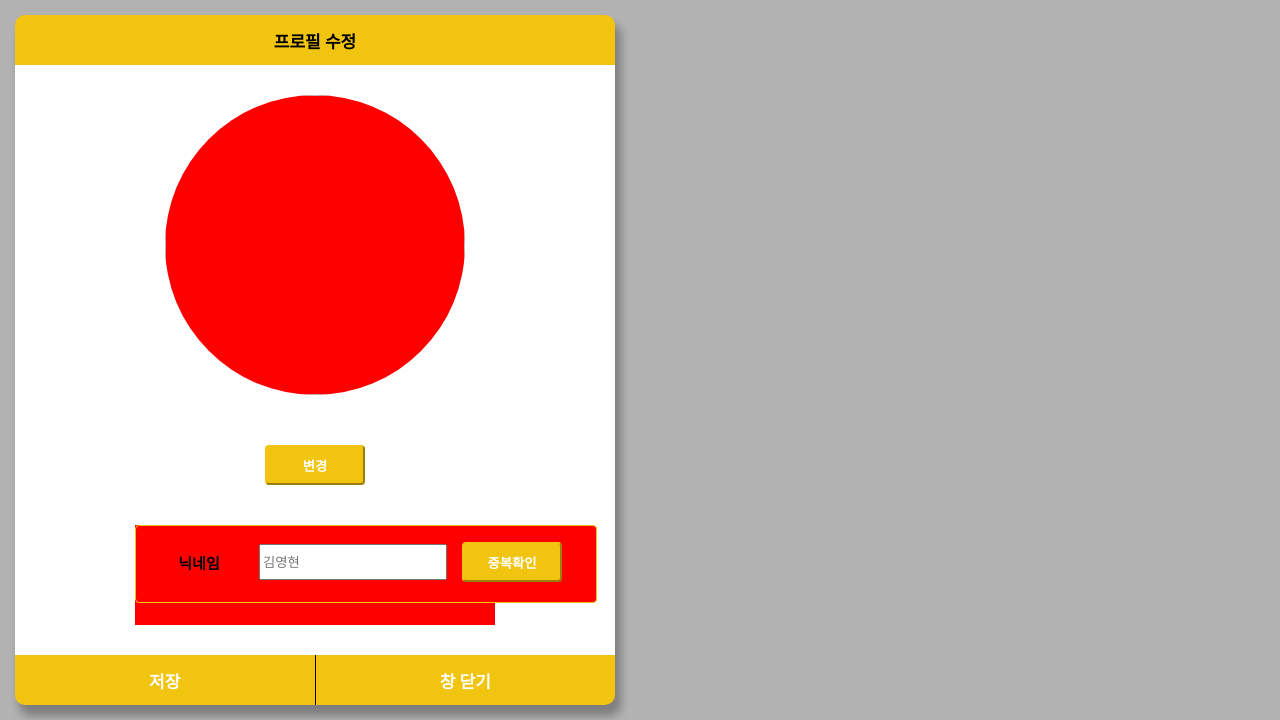
Repository: Corn-Market/Front-end
Page: http://localhost/CornMarket/resources/views/popup_profile_update.jsp
The author's editor kept a copy of each file at every save. The page is drawn from the files as they stood at one save, then again after the next save.
The browser window is 1280 px wide. The pictures show the whole page.
The page is served by Tomcat 9. Other server files are loaded and not shown.

Above is the page before, as saved 2022-12-19 06:30:39.

### CornMarket/src/main/webapp/resources/views/popup_profile_update.jsp
<%@ page language="java" contentType="text/html; charset=UTF-8"
    pageEncoding="UTF-8"%>
<%@ taglib uri="http://java.sun.com/jsp/jstl/core" prefix="c" %>
<c:set var="path" value="${pageContext.request.contextPath}"/>
<!DOCTYPE html>
<html>
<head>
<meta charset="EUC-KR">
<title>Insert title here</title>
<link rel="stylesheet" href="${path}/resources/css/popup_update.css"/>
<script src="https://ajax.googleapis.com/ajax/libs/jquery/3.5.1/jquery.min.js"></script><script src="https://ajax.googleapis.com/ajax/libs/jquery/3.5.1/jquery.min.js"></script>
</head>
<body>
	<div class="container">
        <div class="popup-wrap" id="popup">
          <div class="popup">
            <div class="popup-head">
                <span class="head-title">프로필 수정</span>
            </div>
            <div class="popup-body">
              <div class="body-content">
                <div class="body-titlebox">
                	<div class="update_first">
            			<img>
            			<input type="button" value="변경" onclick="change_img()">
        			</div>
                </div>
                <div class="body-contentbox">
                	 <div class="update_second">
			            <div class="up_main">
			                <div class="up_title">닉네임</div>
			                <input type="text" placeholder="김영현" class="update_nickname">
			                <input type="button" value="중복확인" class="double_check">
			            </div>
			        </div>
                </div>
              </div>
            </div>
            <div class="popup-foot">
              <span class="pop-btn confirm" id="confirm" onclick="">저장</span>
              <span class="pop-btn close" id="close" onclick="">창 닫기</span>
            </div>
          </div>
         </div>
    </div>
</body>
</html>

### CornMarket/src/main/webapp/resources/css/popup_update.css
.popup-wrap{
    background-color:rgba(0,0,0,.3);
    justify-content:center;
    align-items:center;
    position:fixed;
    top:0;
    left:0;
    right:0;
    bottom:0;
    padding:15px;

  }

  .popup{
    width:1000px;
    max-width:600px;
    border-radius:10px;
    overflow:hidden;
    background-color:rgb(241, 196, 15);
    font-size: 17px;
    font-weight: bold;
    box-shadow: 5px 10px 10px 1px rgba(0,0,0,.3);
  }

  .popup-head{
    width:100%;
    height:50px;
    display:flex;
    align-items:center;
    justify-content:center;
  }

  .popup-body{
    background-color:#ffffff;
  }
  .body-content{
    padding:20px;
  }
  .body-titlebox{
    text-align:center;
    width:500px;
    height:350px;
    margin:10px auto;
  }

  .update_first img{
    width:300px;
    height:300px;
    border-radius: 50%;
    background-color: red;
    margin:0px auto;
    display: block;
}

.update_first input{
    width:100px;
    height:40px;
    margin:50px auto;
    border-radius: 4px;
    border-color: rgb(241, 196, 15);
    background-color: rgb(241, 196, 15);
    color: rgb(255, 255, 255);
    font-weight: bold;
    display: block;
}

  .body-contentbox{
  	width:360px;
  	height:100px;
  	background-color:red;
    margin:10px auto;
    margin-top:30px;
  }

  .update_second{
    width:450px;
    background-color:red;
    margin:80px auto;
    padding:5px;
    border:0.3px solid rgb(241, 196, 15);
    border-radius: 4px;
}

.up_title{
    width:100px;
    height:50px;
    border-radius: 4px;
    font-size: 15px;
    font-weight: bold;
    text-align: center;
    line-height: 50px;
}

.update_nickname{
    width:180px;
    height:30px;
    margin-top: 5px;
    margin-right: 15px;
    margin-left: 10px;
}

.up_main{
    display:flex;
    height:50px;
    padding:8px;
}

.double_check{
    width:100px;
    height:40px;
    margin-top: 3px;
    border-radius: 4px;
    border-color: rgb(241, 196, 15);
    background-color: rgb(241, 196, 15);
    color: rgb(255, 255, 255);
    font-weight: bold;
    display: block;
}

  .popup-foot{
    width:100%;
    height:50px;
    display: flex;
  }

  .pop-btn{
    display:inline-flex;
    width:50%;
    height:100%;
    justify-content:center;
    align-items:center;
    float:left;
    color:rgb(255, 255, 255);
    cursor:pointer;
  }
  .pop-btn.confirm{
    border-right:1px solid black;
  }

  .search_btn{
  	 width:100px;
      height:40px;
      border-radius: 4px;
      border-color: rgb(241, 196, 15);
      background-color: rgb(241, 196, 15);
      color: rgb(255, 255, 255);
      font-weight: bold;
      display: block;
      margin:20px auto;
  }

  .body_contentbox h3{
  		text-align:center;
  }

After the next save:
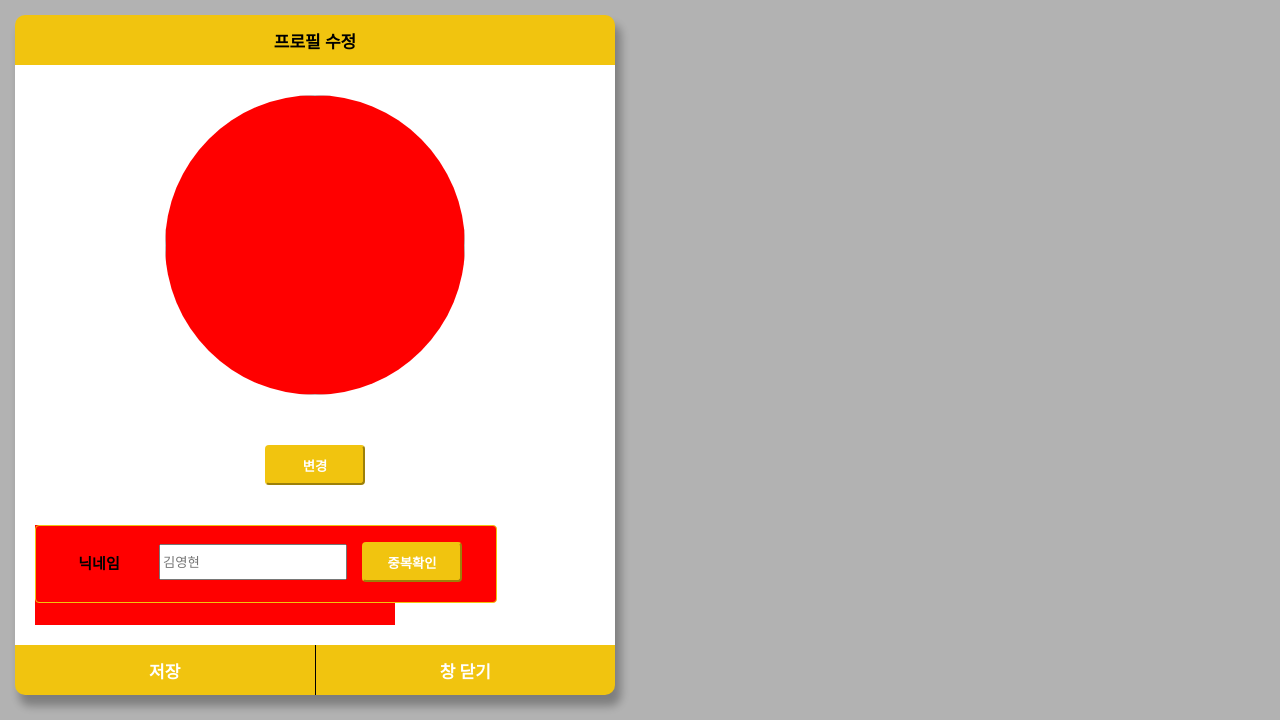
Saved 25 s later.
--- a/CornMarket/src/main/webapp/resources/css/popup_update.css
+++ b/CornMarket/src/main/webapp/resources/css/popup_update.css
@@ -68,8 +68,7 @@
   	width:360px;
   	height:100px;
   	background-color:red;
-    margin:10px auto;
-    margin-top:30px;
+ S
   }
 
   .update_second{
